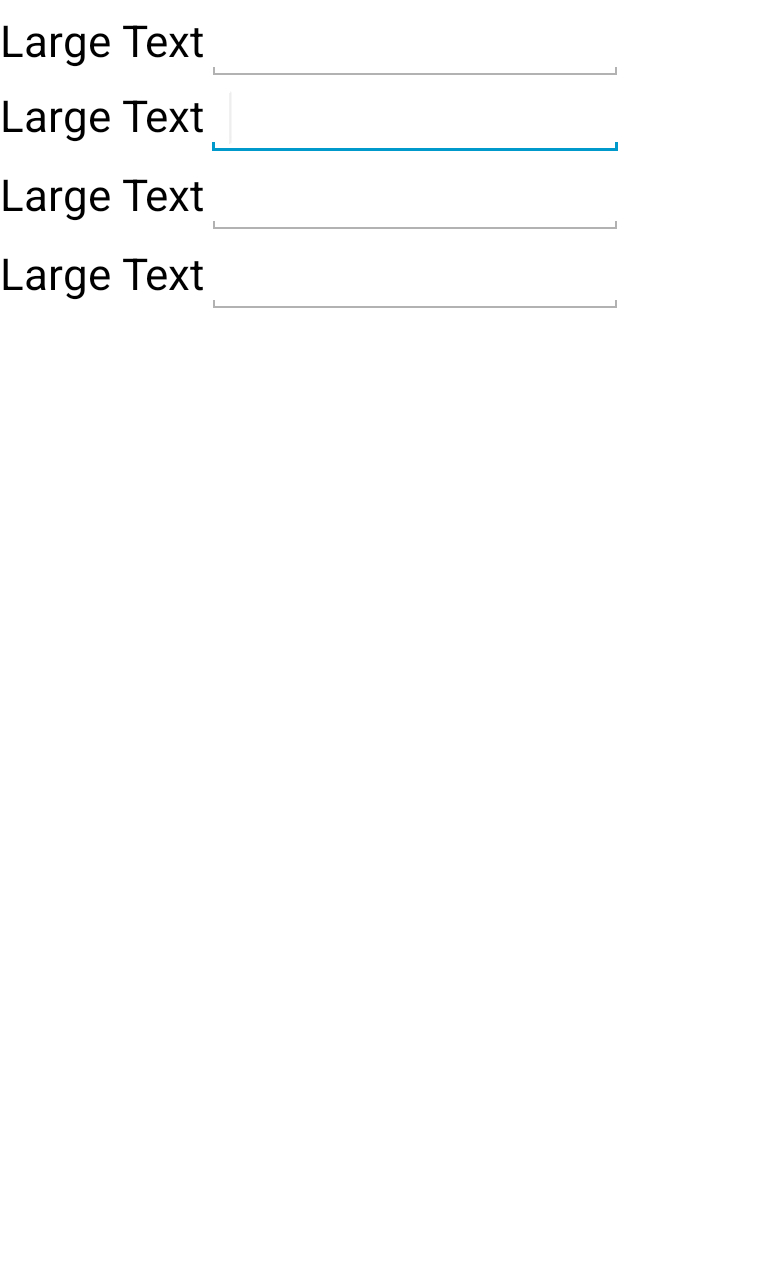
Repository: shervinshaikh/Android
Layout: NBAScoreTracker/res/layout/fragment_scores.xml
The author's editor kept a copy of each file at every save. The layout is drawn from the files as they stood at one save, then again after the next save.
It is drawn on a 768 x 1280 px phone screen (xhdpi) without system bars, with theme AppTheme; the app's code is not run.

Above is the layout before, as saved 2013-04-27 22:26:06.

### NBAScoreTracker/res/layout/fragment_scores.xml
<TableLayout xmlns:android="http://schemas.android.com/apk/res/android"
    android:layout_width="fill_parent"
    android:layout_height="fill_parent" >

    <TableRow
        android:id="@+id/tableRow1"
        android:layout_width="wrap_content"
        android:layout_height="wrap_content" >

        <TextView
            android:id="@+id/textView1"
            android:layout_width="wrap_content"
            android:layout_height="wrap_content"
            android:text="Large Text"
            android:textAppearance="?android:attr/textAppearanceLarge"
            android:paddingTop="5dip"
            android:paddingBottom="5dip" />

        <EditText
            android:id="@+id/editText1"
            android:layout_width="wrap_content"
            android:layout_height="wrap_content"
            android:ems="10" />

    </TableRow>

    <TableRow
        android:id="@+id/tableRow2"
        android:layout_width="wrap_content"
        android:layout_height="wrap_content" >

        <TextView
            android:id="@+id/textView2"
            android:layout_width="wrap_content"
            android:layout_height="wrap_content"
            android:text="Large Text"
            android:textAppearance="?android:attr/textAppearanceLarge" />

        <EditText
            android:id="@+id/editText2"
            android:layout_width="wrap_content"
            android:layout_height="wrap_content"
            android:ems="10" >

            <requestFocus />
        </EditText>

    </TableRow>

    <TableRow
        android:id="@+id/tableRow3"
        android:layout_width="wrap_content"
        android:layout_height="wrap_content" >

        <TextView
            android:id="@+id/textView3"
            android:layout_width="wrap_content"
            android:layout_height="wrap_content"
            android:text="Large Text"
            android:textAppearance="?android:attr/textAppearanceLarge" />

        <EditText
            android:id="@+id/editText3"
            android:layout_width="wrap_content"
            android:layout_height="wrap_content"
            android:ems="10" />

    </TableRow>

    <TableRow
        android:id="@+id/tableRow4"
        android:layout_width="wrap_content"
        android:layout_height="wrap_content" >

        <TextView
            android:id="@+id/textView4"
            android:layout_width="wrap_content"
            android:layout_height="wrap_content"
            android:text="Large Text"
            android:textAppearance="?android:attr/textAppearanceLarge" />

        <EditText
            android:id="@+id/editText4"
            android:layout_width="wrap_content"
            android:layout_height="wrap_content"
            android:ems="10" />

    </TableRow>

</TableLayout>

Loaded but not shown: NBAScoreTracker/res/values/styles.xml (common file); NBAScoreTracker/res/values-v11/styles.xml (common file); NBAScoreTracker/res/values-v14/styles.xml (common file)

After the next save:
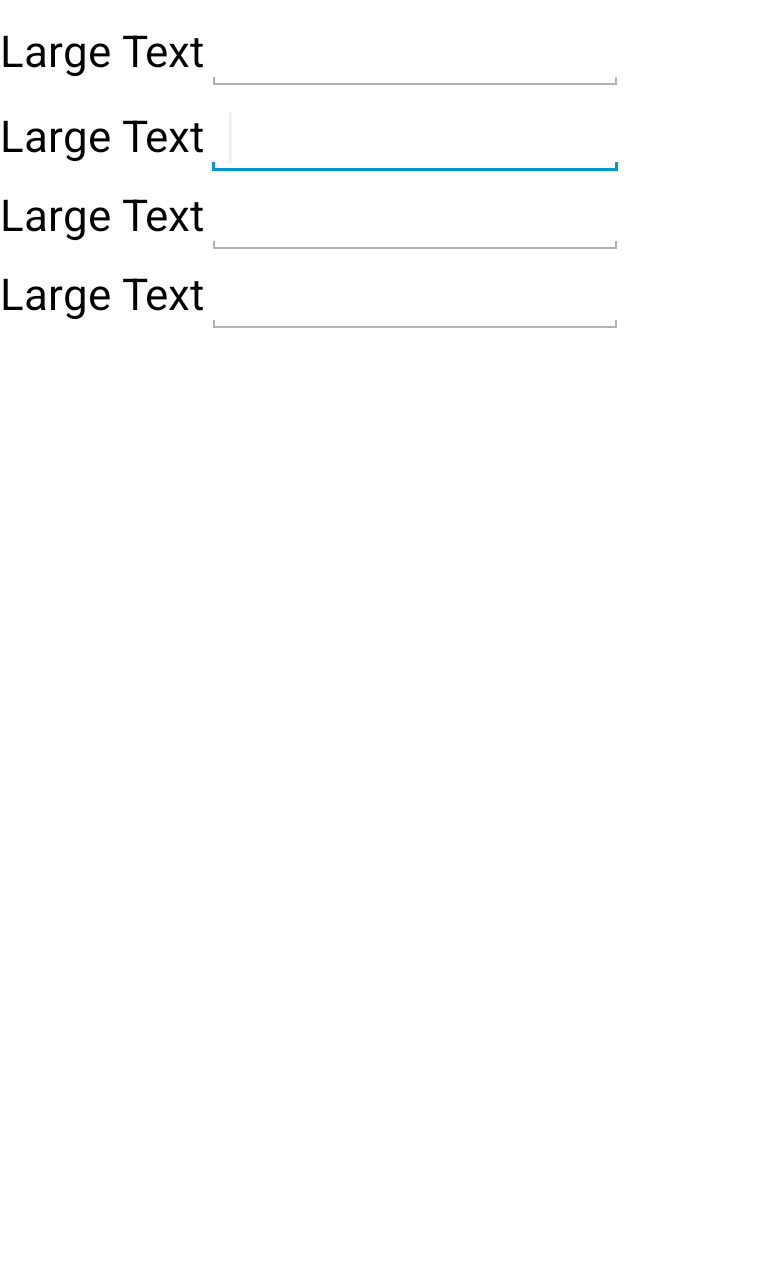
Saved 15 s later.
--- a/NBAScoreTracker/res/layout/fragment_scores.xml
+++ b/NBAScoreTracker/res/layout/fragment_scores.xml
@@ -13,8 +13,8 @@
             android:layout_height="wrap_content"
             android:text="Large Text"
             android:textAppearance="?android:attr/textAppearanceLarge"
-            android:paddingTop="5dip"
-            android:paddingBottom="5dip" />
+            android:paddingTop="10dip"
+            android:paddingBottom="10dip" />
 
         <EditText
             android:id="@+id/editText1"
